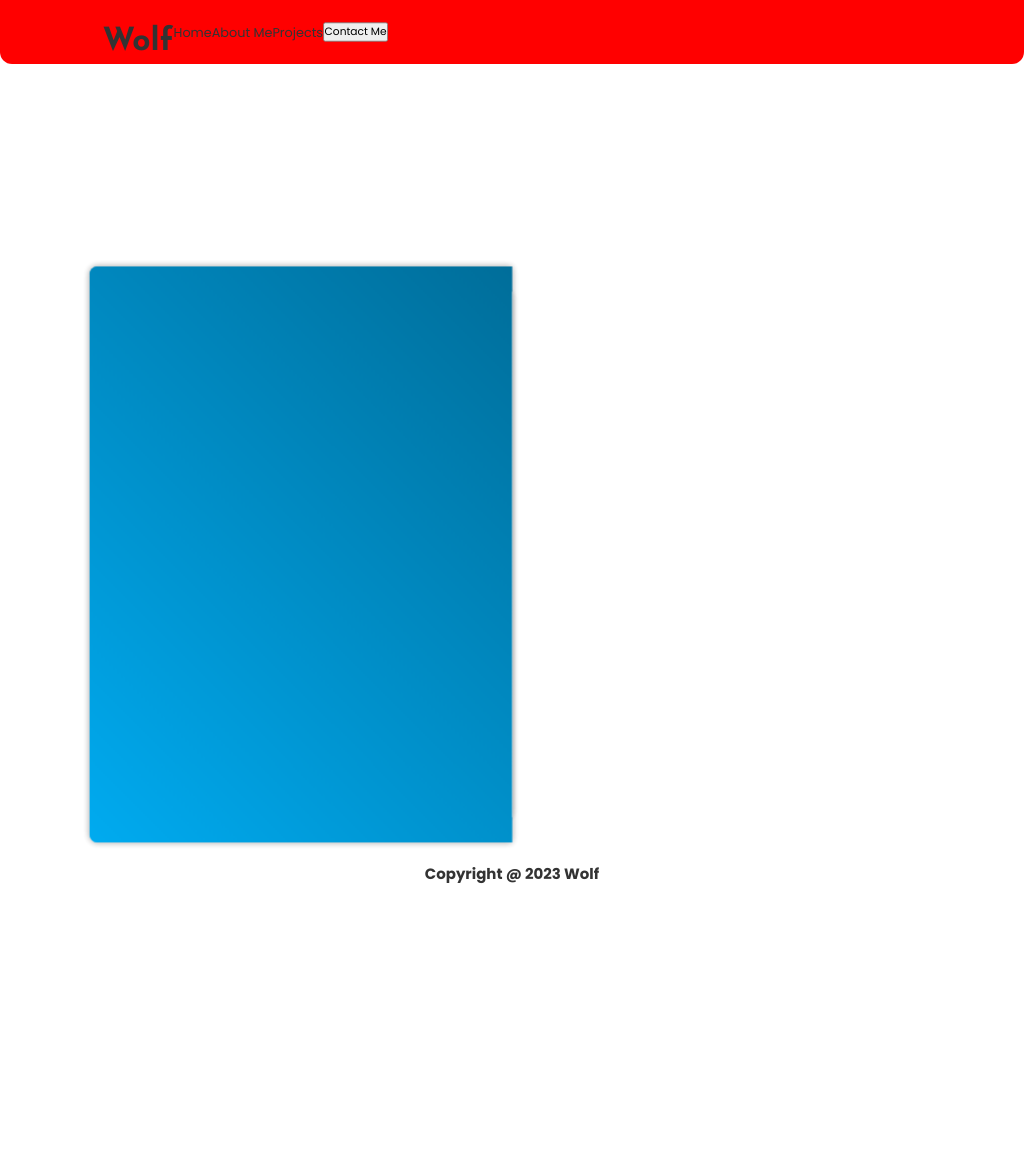
Repository: Ego-Wolf/Portfolio
Page: index.html
An editor plug-in stored every save of this project. The page is shown before and after the next save, followed by the edit.
The browser window is 1280 px wide. The pictures show the whole page, at 80% of full size.
Pictures or frames that could not be fetched are drawn as grey boxes.

Above is the page before, as saved 2023-12-14 16:13:50.

After the next save:
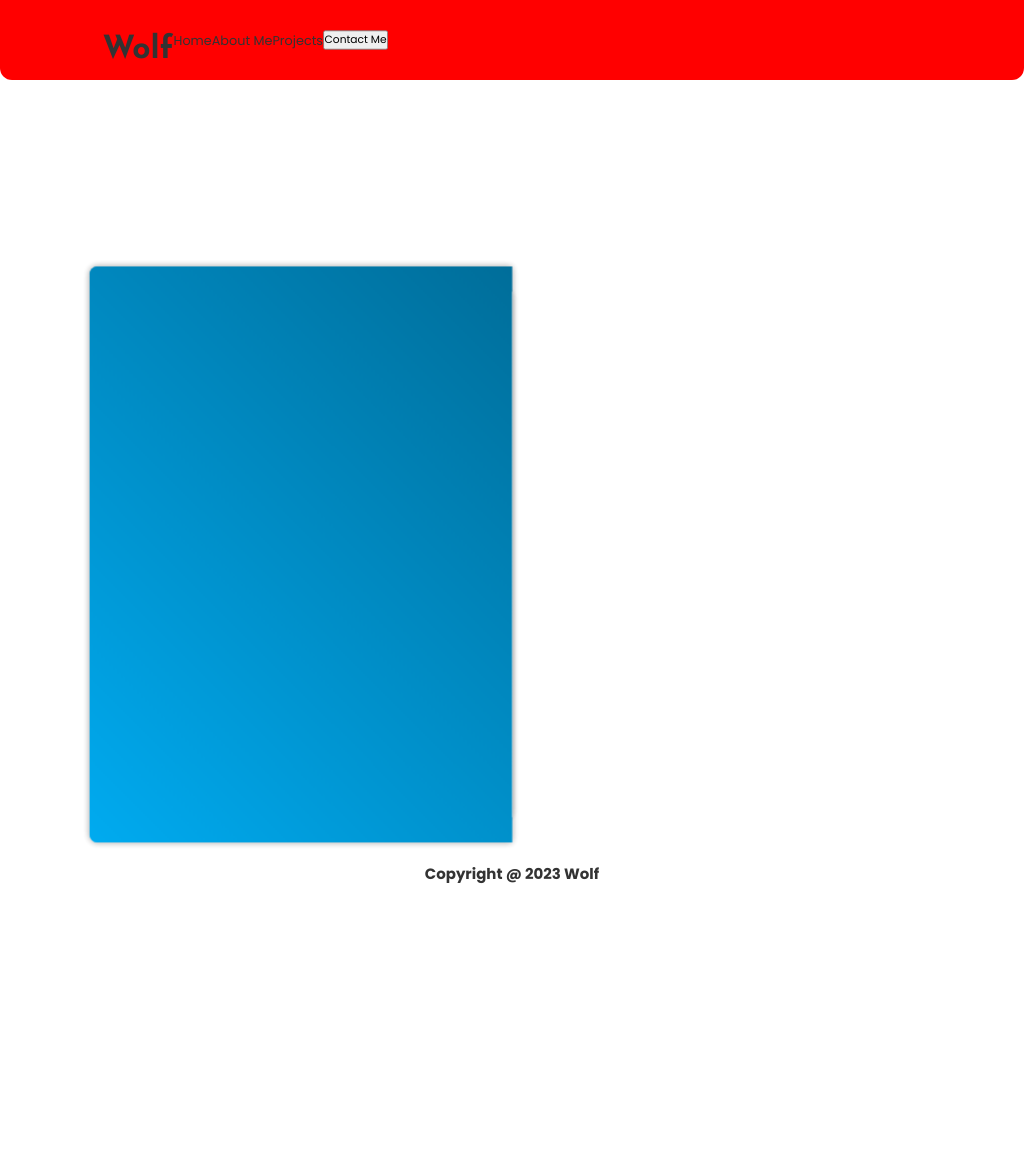
Saved 9 s later.
--- a/style.css
+++ b/style.css
@@ -44,7 +44,7 @@
     top: 0px;
     left: 0px;
     width: 100%;
-    height: 80px;
+    height: 100px;
     background-color: red;
     border-bottom-left-radius: 15px;
     border-bottom-right-radius: 15px;
